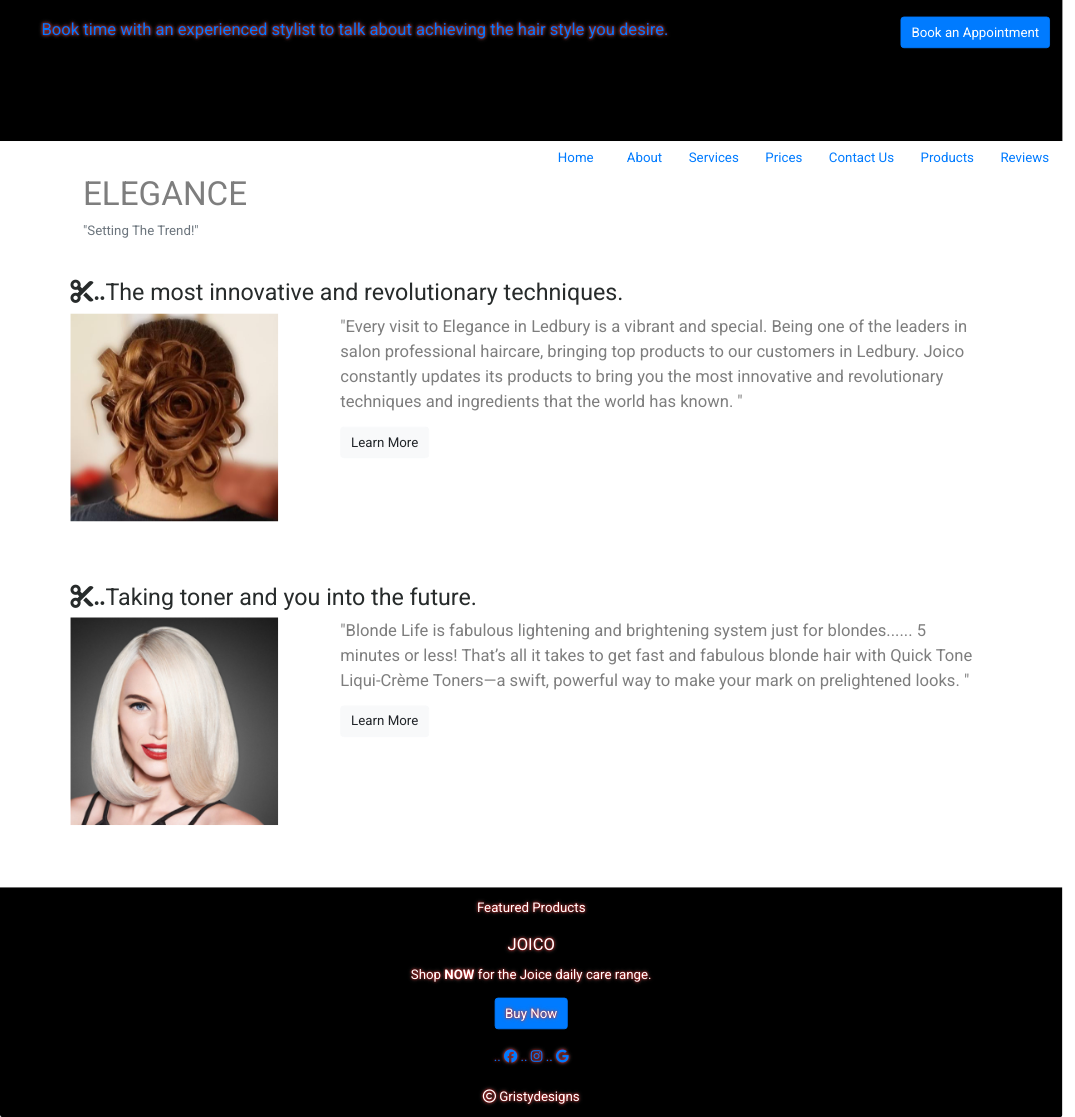
Repository: Gristydesigns/elegance-salon
Page: index.html
The author's editor kept a record of every edit. The page is drawn from the files as they stood at one moment, then again after the next edit.
The browser window is 1280 px wide. The page is 1295 px wide, so the pictures cover 1295 px, including what lies to the right of the window. The pictures show the whole page, at 83% of full size.
Some web libraries are served in a nearby version.

Above is the page before.

After the next edit:
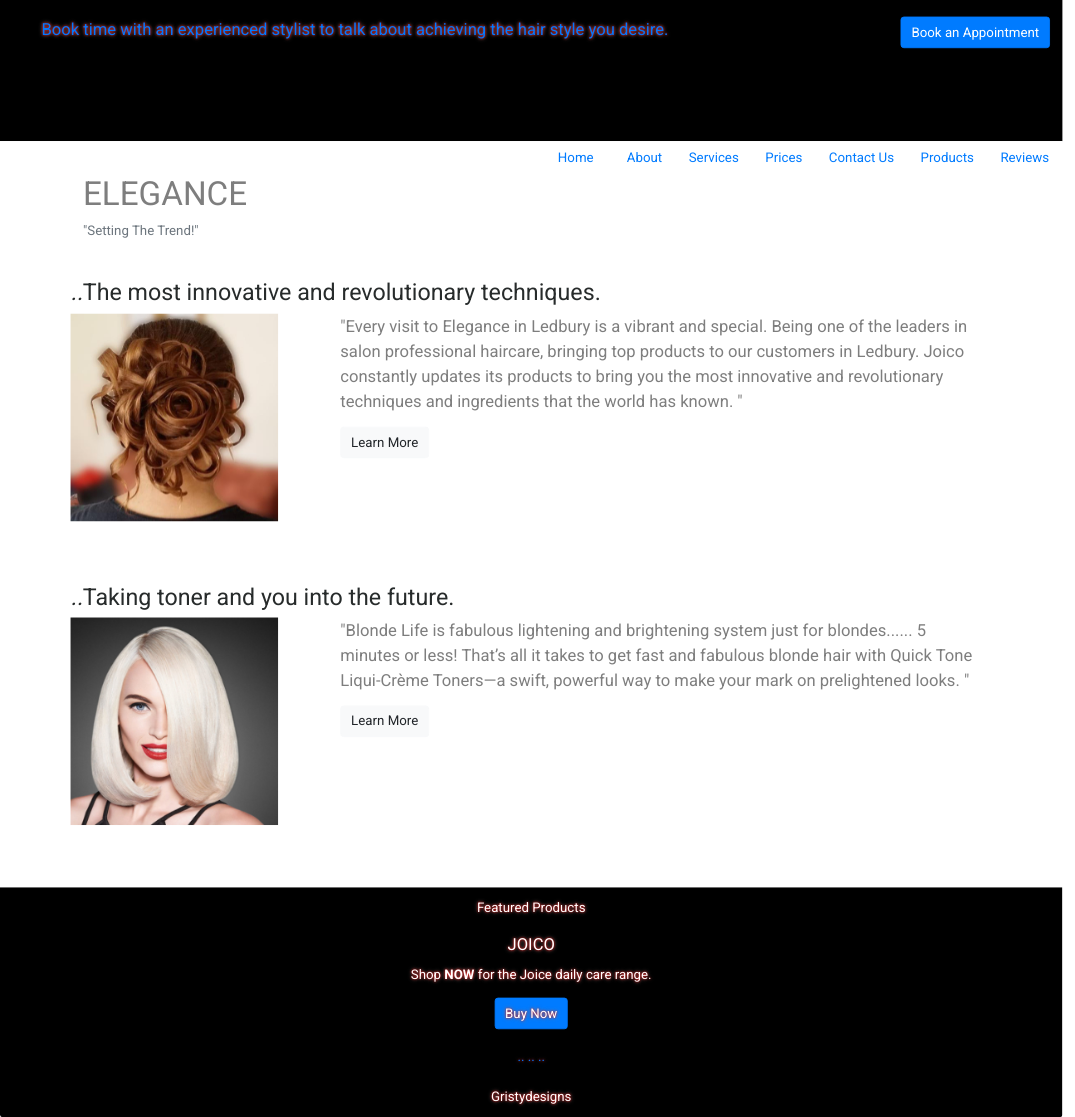
Console error: TypeError: Cannot read properties of undefined (reading 'fn')
The edit:
--- a/index.html
+++ b/index.html
@@ -8,12 +8,6 @@
     <meta name="viewport" content="width=device-width, initial-scale=1.0">
     <meta http-equiv="X-UA-Compatible" content="ie=edge">
     <meta name="format-detection" content="telephone=no">
-    <script src="https://code.jquery.com/jquery-3.4.1.slim.min.js"></script>
-    <script src="https://cdnjs.cloudflare.com/ajax/libs/popper.js/1.15.0/umd/popper.min.js"></script>
-    <script src="https://stackpath.bootstrapcdn.com/bootstrap/4.3.1/js/bootstrap.min.js"></script>
-    <script src="https://cdnjs.cloudflare.com/ajax/libs/popper.js/1.14.7/umd/popper.min.js" integrity="sha384-UO2eT0CpHqdSJQ6hJty5KVphtPhzWj9WO1clHTMGa3JDZwrnQq4sF86dIHNDz0W1" crossorigin="anonymous"></script>
-    <script src="https://stackpath.bootstrapcdn.com/bootstrap/4.3.1/js/bootstrap.min.js" integrity="sha384-JjSmVgyd0p3pXB1rRibZUAYoIIy6OrQ6VrjIEaFf/nJGzIxFDsf4x0xIM+B07jRM" crossorigin="anonymous"></script>
-    <script src="https://kit.fontawesome.com/d13d47f9ca.js"></script>
     <link rel="stylesheet" href="https://stackpath.bootstrapcdn.com/bootstrap/4.3.1/css/bootstrap.min.css" integrity="sha384-ggOyR0iXCbMQv3Xipma34MD+dH/1fQ784/j6cY/iJTQUOhcWr7x9JvoRxT2MZw1T" crossorigin="anonymous">
     <link rel="stylesheet" href="assets/css/style.css" type="text/css" />
     <title>Elegance Hair Salon Ledbury</title>
